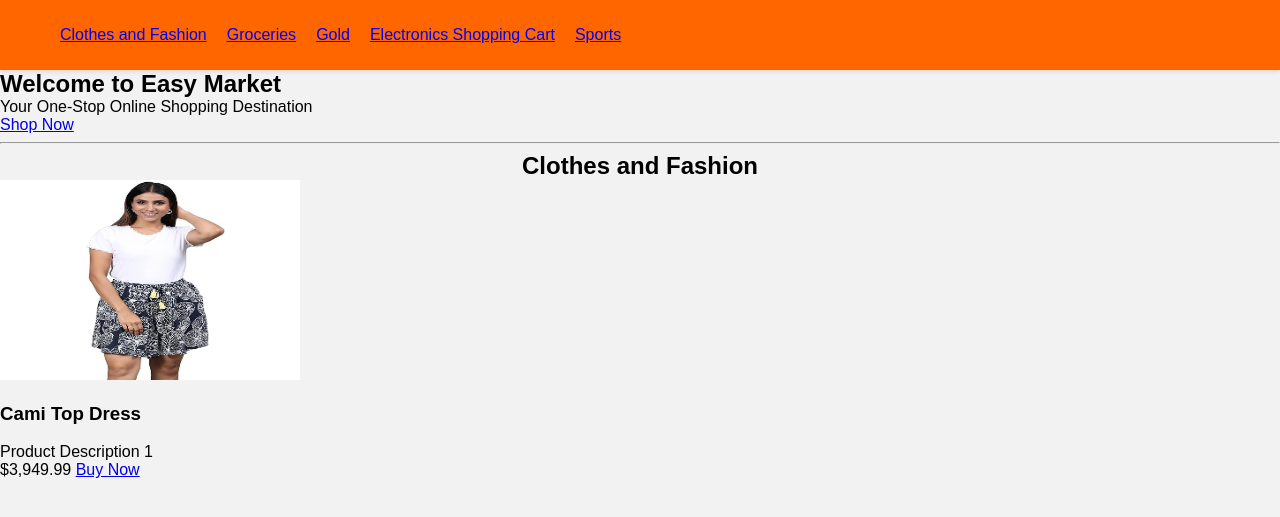
Repository: Maheshbabur789/BookStore
Page: http://localhost/OnlineMarketing/ownWeb.jsp
These files come from the project's save history. The page is drawn as it stood at one moment and after the next save; the edit follows.
The browser window is 1280 px wide. The pictures show the whole page.
The page is served by Tomcat 9. Other server files are loaded and not shown.

Above is the page before, as saved 2024-11-07 12:27:22.

### MyLabs/OnlineMarketing/src/main/webapp/ownWeb.jsp
<%@ page language="java" contentType="text/html; charset=UTF-8"
    pageEncoding="UTF-8"%>
<!DOCTYPE html>
<html>
<head>
<meta charset="UTF-8">
<title>Easy Market - Online Shopping</title>
<style>
body, h1, h2, p {
    margin: 0;
    padding: 0;
}
body {
    background-color: #f2f2f2;
    font-family: Arial, sans-serif;
}
    header {
    background-color: #ff6600; /* Change this color to your desired header background color */
    box-shadow: 0 2px 4px rgba(0, 0, 0, 0.1);

    nav {
    display: flex;
    justify-content: space-between;
    align-items: center;
    padding: 10px 20px;
}
nav ul {

    list-style: none;
    display: flex;
}
nav li {
    margin-right: 20px;
}
.hero {
    background-color: #fff;
    padding: 40px;
    text-align: center;
}
.hero h1 {
    font-size: 36px;
    margin-bottom: 10px;
}

.hero p {
    font-size: 18px;
    color: #777;
    margin-bottom: 20px;
}
.cta-button {
    display: inline-block;
    padding: 10px 20px;
    background-color: #ff6600;
    color: #fff;
    text-decoration: none;
    font-weight: bold;
    border-radius: 4px;
}

}
</style>
</head>
<body>
 <header>
        <nav>
            <ul>
                <li><a href="#products">Clothes and Fashion</a></li>
                <li><a href="#categories">Groceries</a></li>
                <li><a href="#deals">Gold</a></li>
                <li><a href="#cart">Electronics Shopping Cart</a></li>
                <li><a href="#cart">Sports</a></li>
            </ul>
        </nav>
    </header>
      <section class="hero">
        <div class="hero-content">
            <h1>Welcome to Easy Market</h1>
            <p>Your One-Stop Online Shopping Destination</p>
            <a href="#products" class="cta-button">Shop Now</a>
        </div>

    </section>
    <hr>
    <h2 style="text-align: center;">Clothes and Fashion</h2>
    <div class="product-container">
    <section id="products" class="products" style="display: flex;">

    <div class="product-card highlights">
			    <img src="Cami-Top.jpg" alt="Sample Image" width="300" height="200" alt="Product 1">
			    <h3>Cami Top Dress</h3>
			    <p>Product Description 1</p>
			    <span class="price">$3,949.99</span>
			    <a href="/images/Cami-Top.jpg" alt="Sample Image" width="100" height="200" class="add-to-cart">Buy Now</a>
			</div>
</body>
</html>

After the next save:
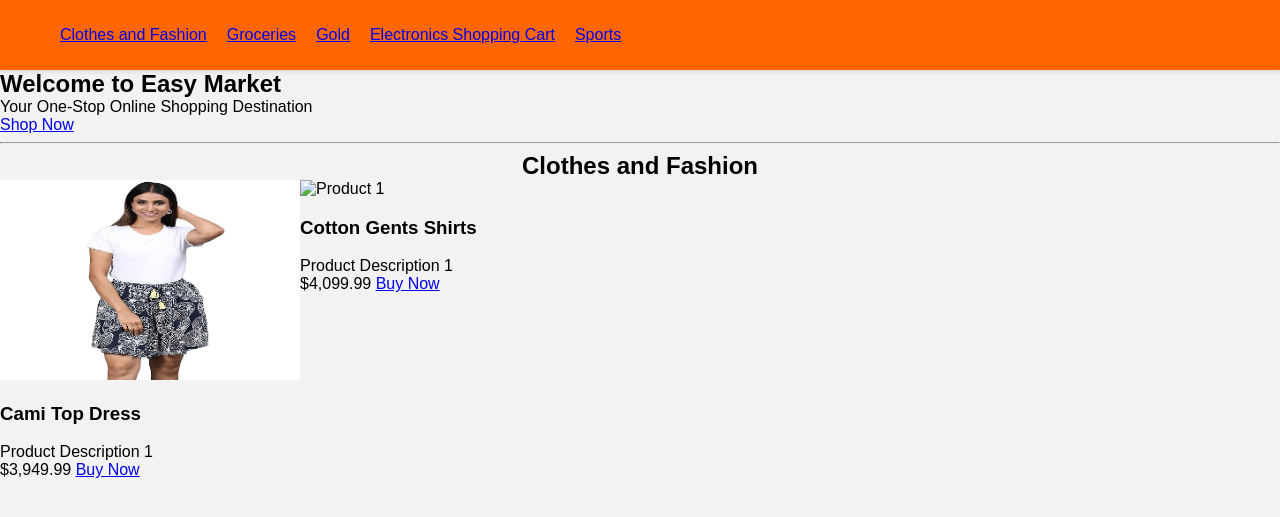
Not found: MyLabs/OnlineMarketing/OnlineMarketing/images/Cotton-Shirts
Saved 2 min 12 s later.
--- a/MyLabs/OnlineMarketing/src/main/webapp/ownWeb.jsp
+++ b/MyLabs/OnlineMarketing/src/main/webapp/ownWeb.jsp
@@ -92,5 +92,12 @@
 			    <span class="price">$3,949.99</span>
 			    <a href="/images/Cami-Top.jpg" alt="Sample Image" width="100" height="200" class="add-to-cart">Buy Now</a>
 			</div>
+			<div class="product-card highlights">
+			    <img src="images/Cotton-Shirts" alt="Product 1">
+			    <h3>Cotton Gents Shirts</h3>
+			    <p>Product Description 1</p>
+			    <span class="price">$4,099.99</span>
+			    <a href="http://localhost/php-practice/praveen/site/flipkart_form.php" class="add-to-cart">Buy Now</a>
+			</div>
 </body>
 </html>
